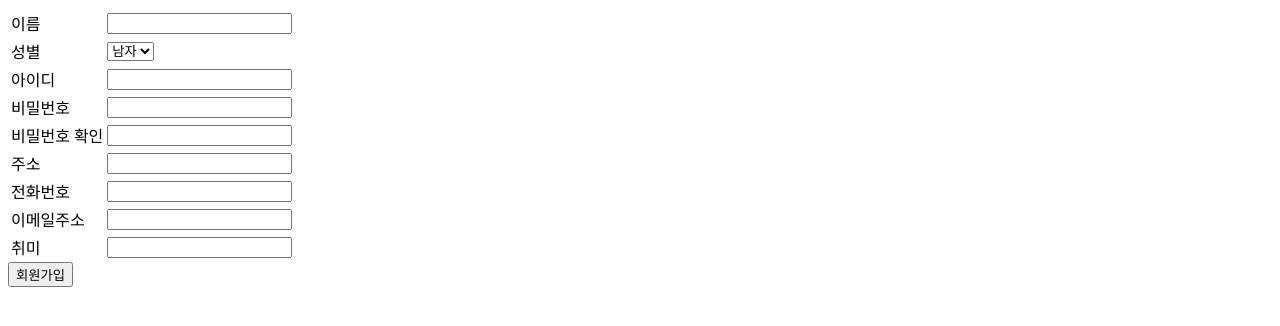
Repository: zero1128/20201113
Page: chap04/WebContent/join.html
These files come from the project's save history. The page is drawn as it stood at one moment and after the next save; the edit follows.
The browser window is 1280 px wide. The pictures show the whole page.

Above is the page before, as saved 2020-11-05 00:34:41.

After the next save:
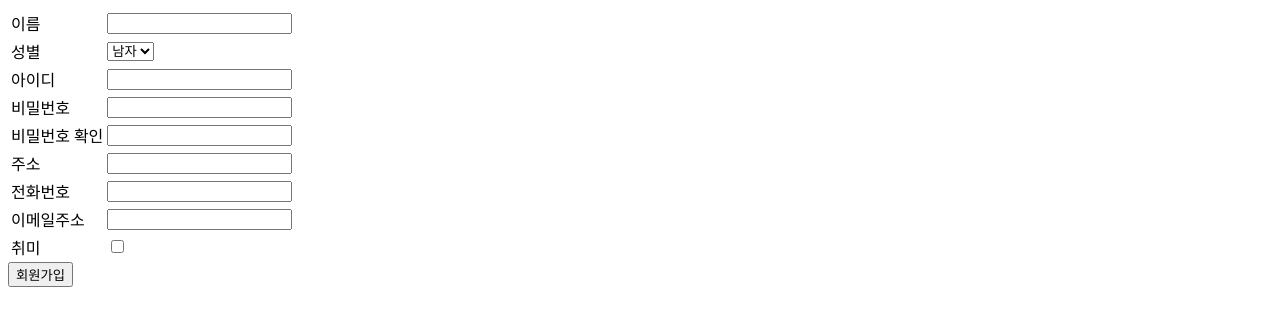
Saved 4 s later.
--- a/chap04/WebContent/join.html
+++ b/chap04/WebContent/join.html
@@ -22,7 +22,7 @@
 		<tr><td>주소</td><td><input type="text" name="addr"/></td></tr>
 		<tr><td>전화번호</td><td><input type="text" name="phone"/></td></tr>
 		<tr><td>이메일주소</td><td><input type="text" name="email"/></td></tr>
-		<tr><td>취미</td><td><input type="text" name="name"/></td></tr>
+		<tr><td>취미</td><td><input type="checkbox" name="name"/></td></tr>
 	</table>
 	<input type="submit" value="회원가입"/>
 </form>
